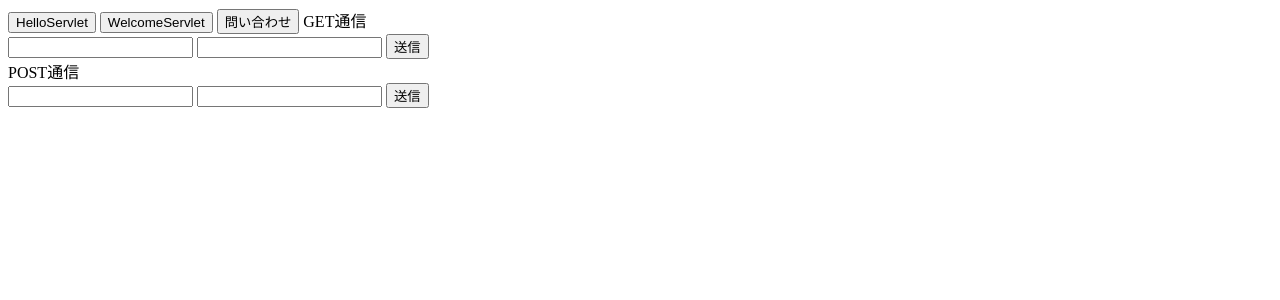
Repository: emiK1229/test
Page: http://localhost/HelloServlet/
These files come from the project's save history. The page is drawn as it stood at one moment and after the next save; the edit follows.
The browser window is 1280 px wide. The pictures show the whole page.
The page is served by Tomcat 9.

Above is the page before, as saved 2019-04-22 05:22:02.

After the next save:
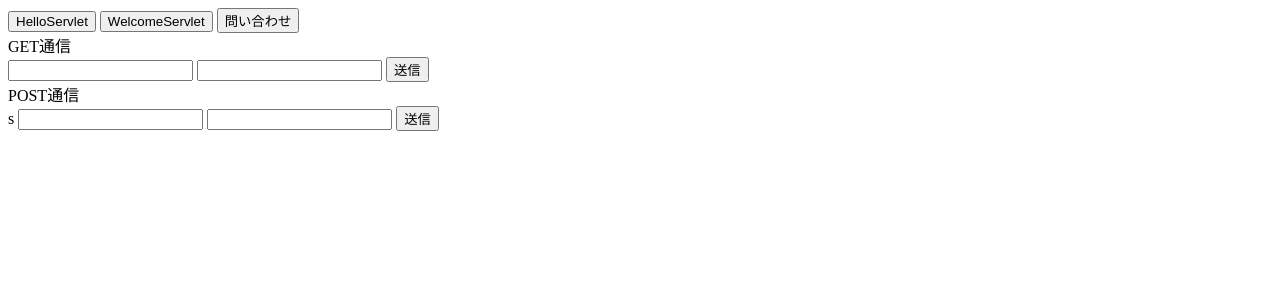
Saved 61 s later.
--- a/HelloServlet/WebContent/index.jsp
+++ b/HelloServlet/WebContent/index.jsp
@@ -10,7 +10,7 @@
 <input type="button" value="HelloServlet" onClick="location.href='HelloServlet'">
 <input type="button" value="WelcomeServlet" onClick="location.href='welcome.jsp'">
 <input type="button" value="問い合わせ" onClick="location.href='inquiry.jsp'">
-
+<br>
 GET通信
 <form method="get" action="TestServlet">
 <input type="text" name="username">
@@ -18,7 +18,7 @@
 <input type="submit"value="送信">
 </form>
 POST通信
-<form method="post" action="TestServlet">
+<form method="post" action="TestServlet">s
 <input type="text" name="username">
 <input type="password" name="password">
 <input type="submit" value="送信">
